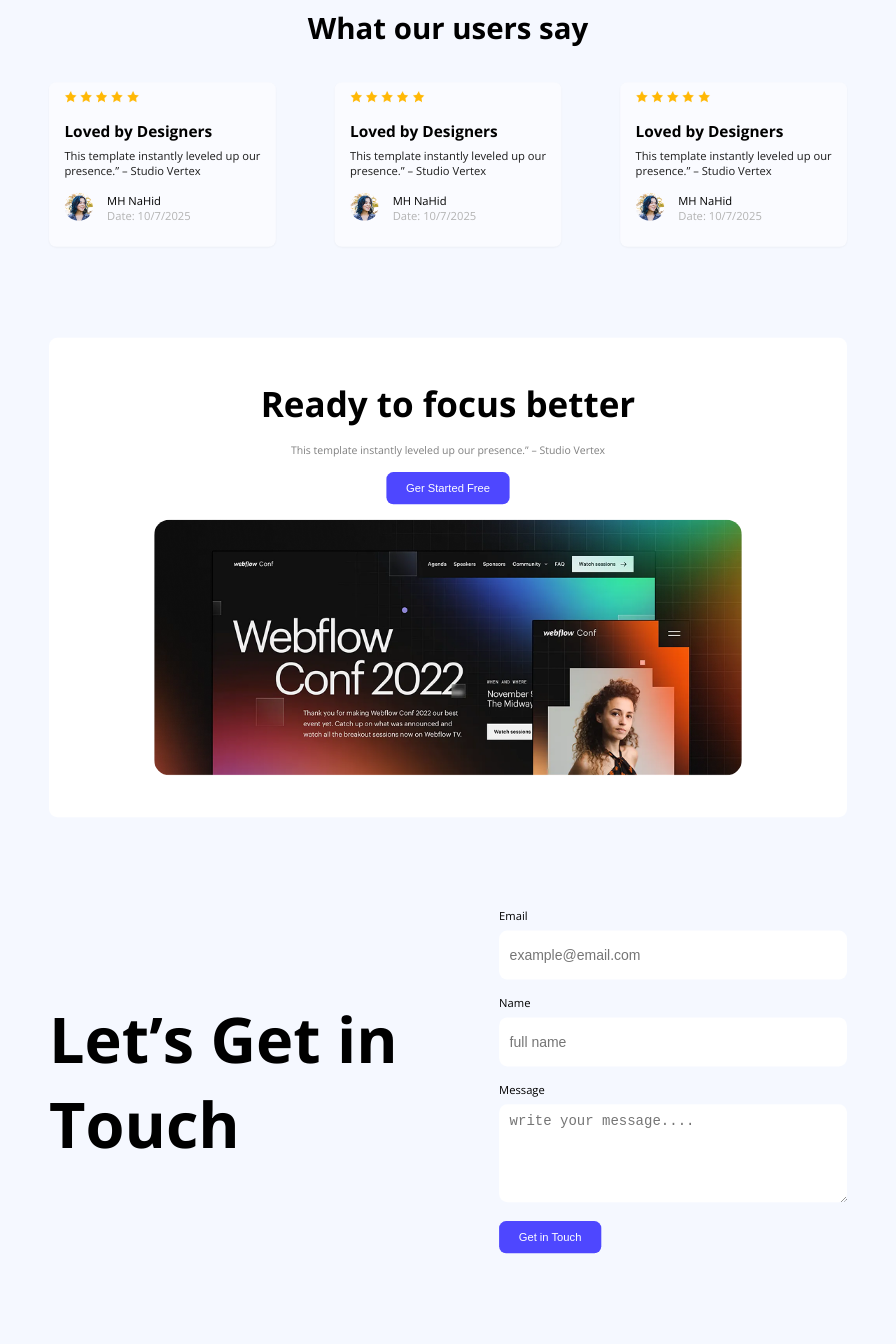
Repository: nahid-hasann/website-3
Page: index.html
The author's editor kept a copy of each file at every save. The page is drawn from the files as they stood at one save, then again after the next save.
The browser window is 1280 px wide. The pictures show the part of the page from y = 1749 to 3669 px (the page is 3669 px tall), at 70% of full size.

Above is the page before, as saved 2025-07-10 22:37:09.

After the next save:
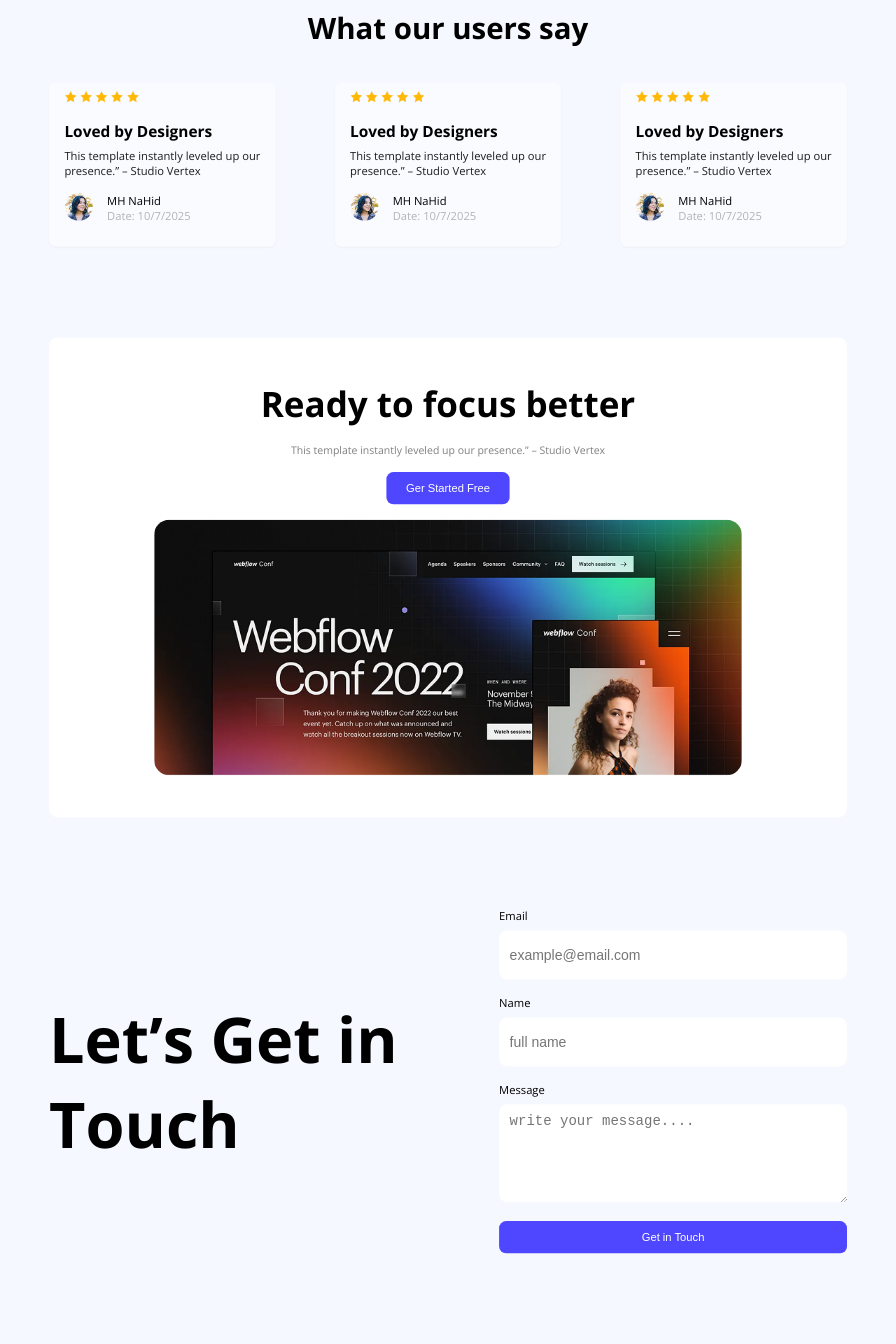
Saved 4 s later.
--- a/style.css
+++ b/style.css
@@ -245,5 +245,5 @@
       border-radius: 12px;
 }
 .form button{
-    width: 4;
-}
+    width: 497px;
+}
